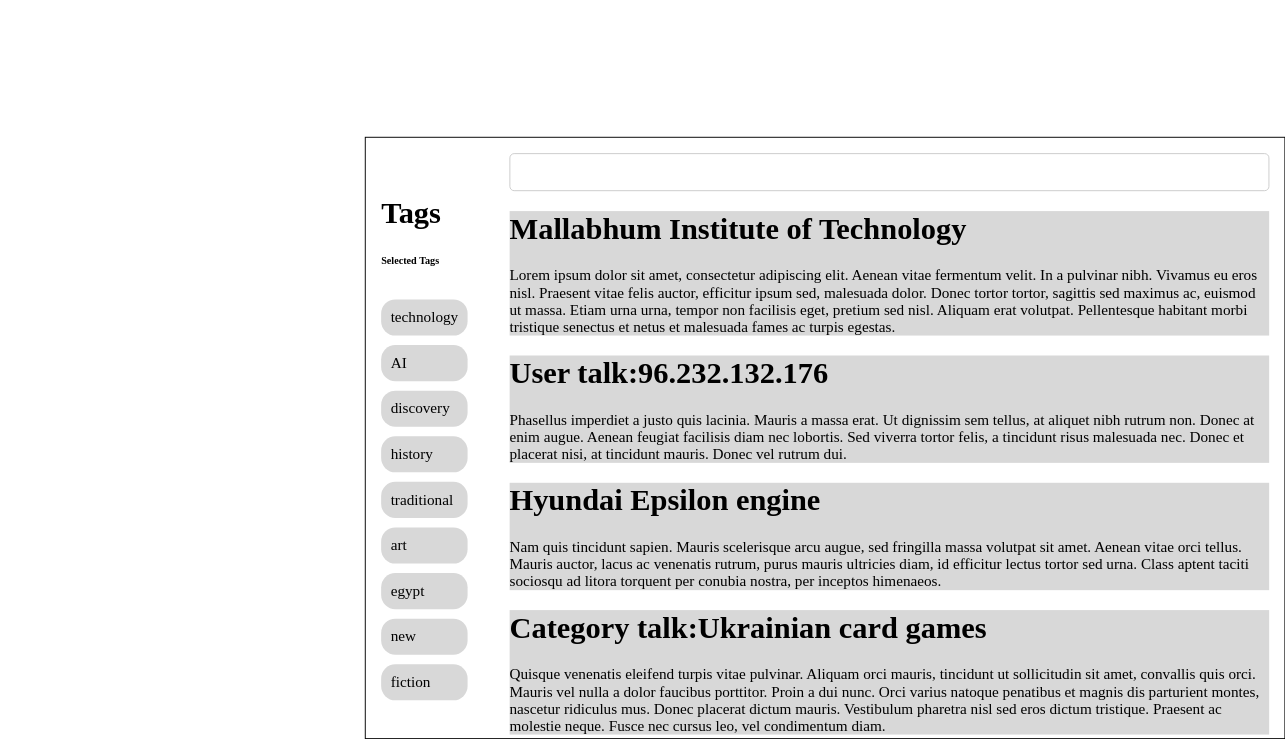
Repository: KelaiAffaf/bridger
Page: /
An editor plug-in stored every save of this project. The page is shown before and after a run of saves, followed by the edit.
The browser window is 1280 px wide. The page is 1353 px wide, so the pictures cover 1353 px, including what lies to the right of the window. The pictures show the whole page, at 95% of full size.
An inner scrolling area shows only its first screen. The project was rebuilt for these pictures with package versions that can differ from the ones it lists, and the page was loaded fresh each time. Also part of the build but not shown: vite.config.js.

Above is the page before, as saved 2023-06-08 11:47:00.

After the next 4 saves:
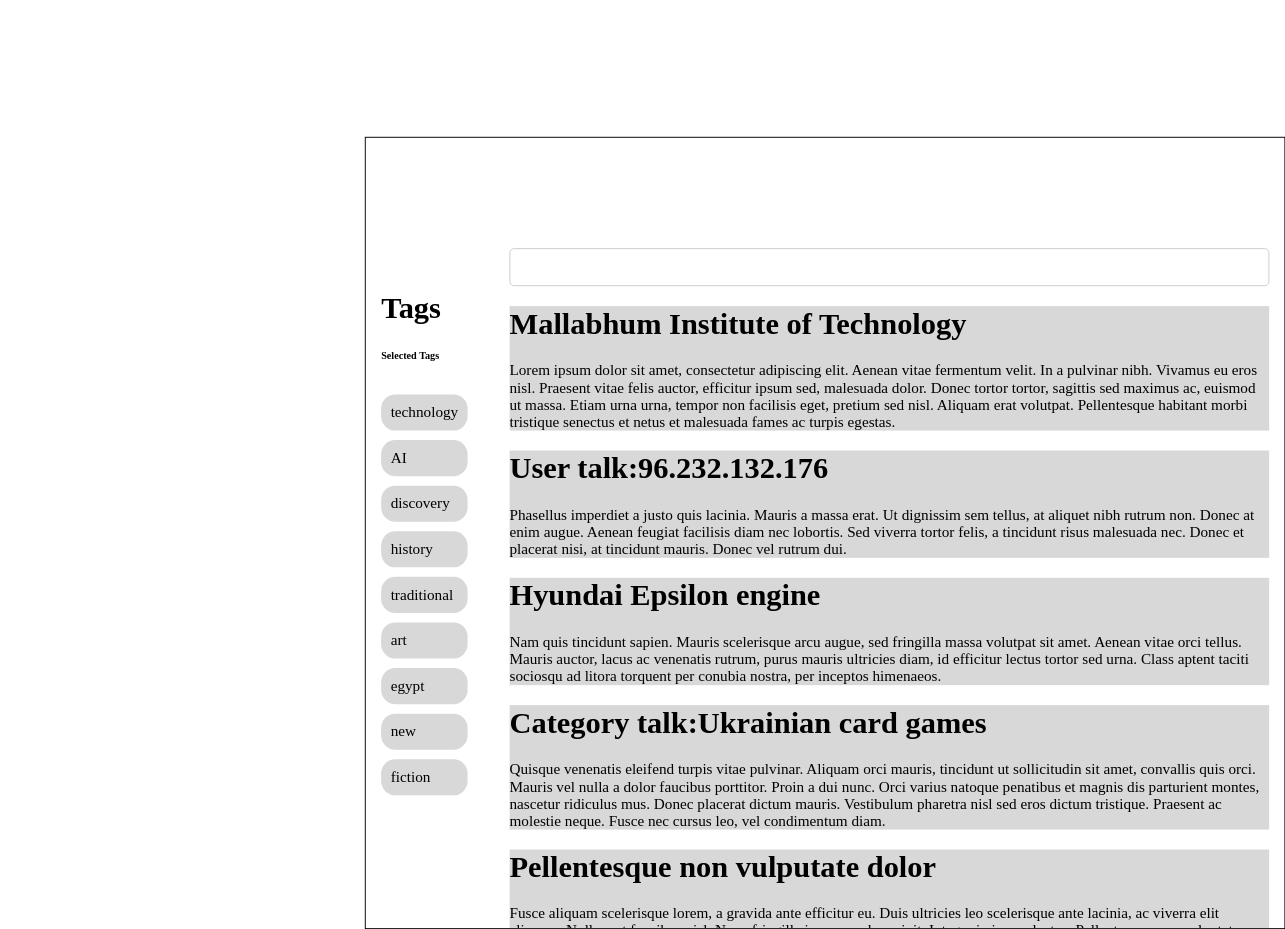
The 4 saves are shown as one change because they came seconds apart.
The last was saved 18 s later.
--- a/src/App.jsx
+++ b/src/App.jsx
@@ -41,7 +41,7 @@
         display: "flex",
         alignItems: "center",
         gap: 44,
-        height: "600px",
+        height: "800px",
         border: "1px solid black",
         overflow: "scroll",
         position: "absolute",
